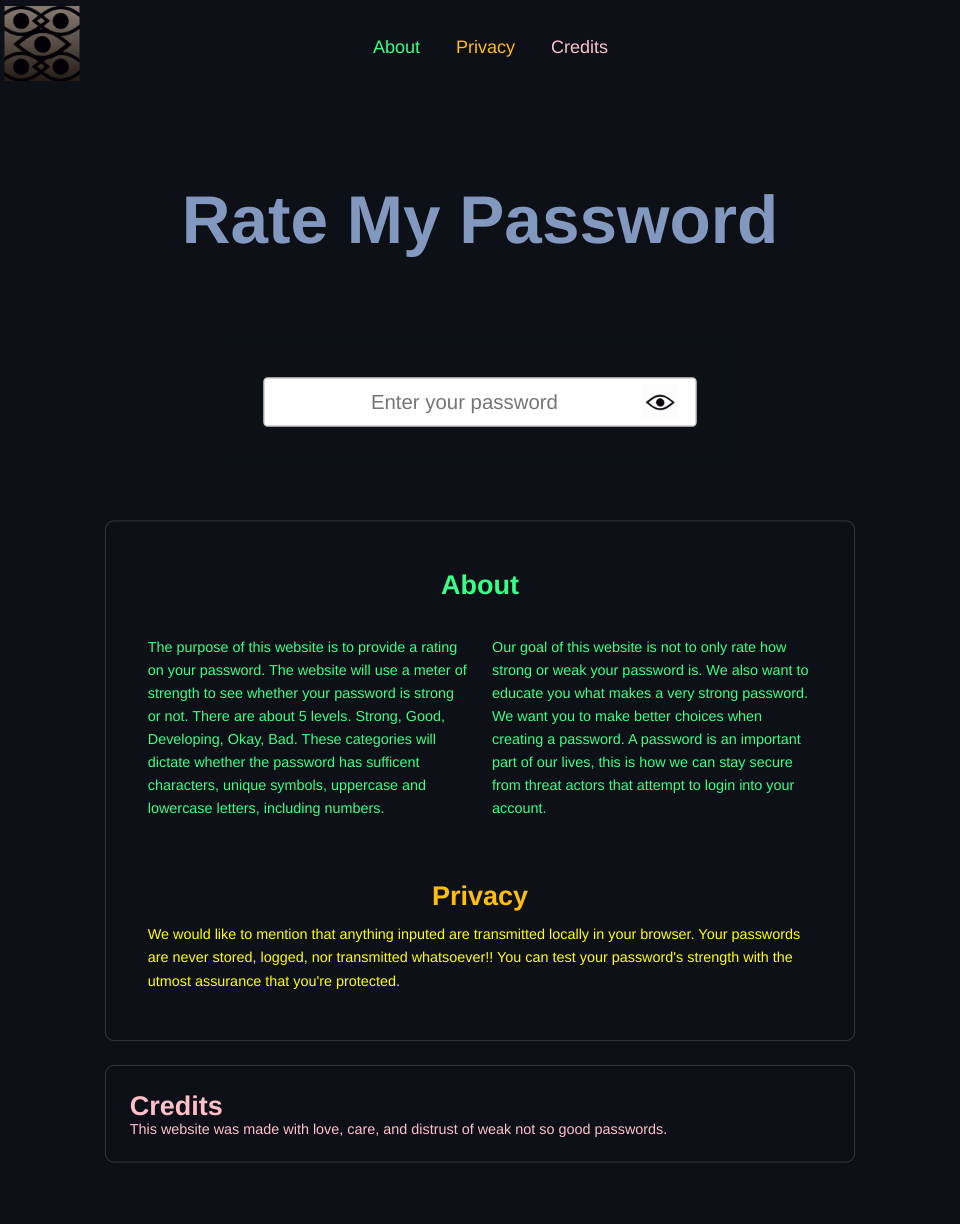
Repository: auqs/wdd131
Page: RateMyPassWord/index.html
An editor plug-in stored every save of this project. The page is shown before and after the next save, followed by the edit.
The browser window is 1280 px wide. The pictures show the whole page, at 75% of full size.
Some web fonts or font styles are not loaded; a fallback is used.

Above is the page before, as saved 2026-07-16 22:58:34.

After the next save:
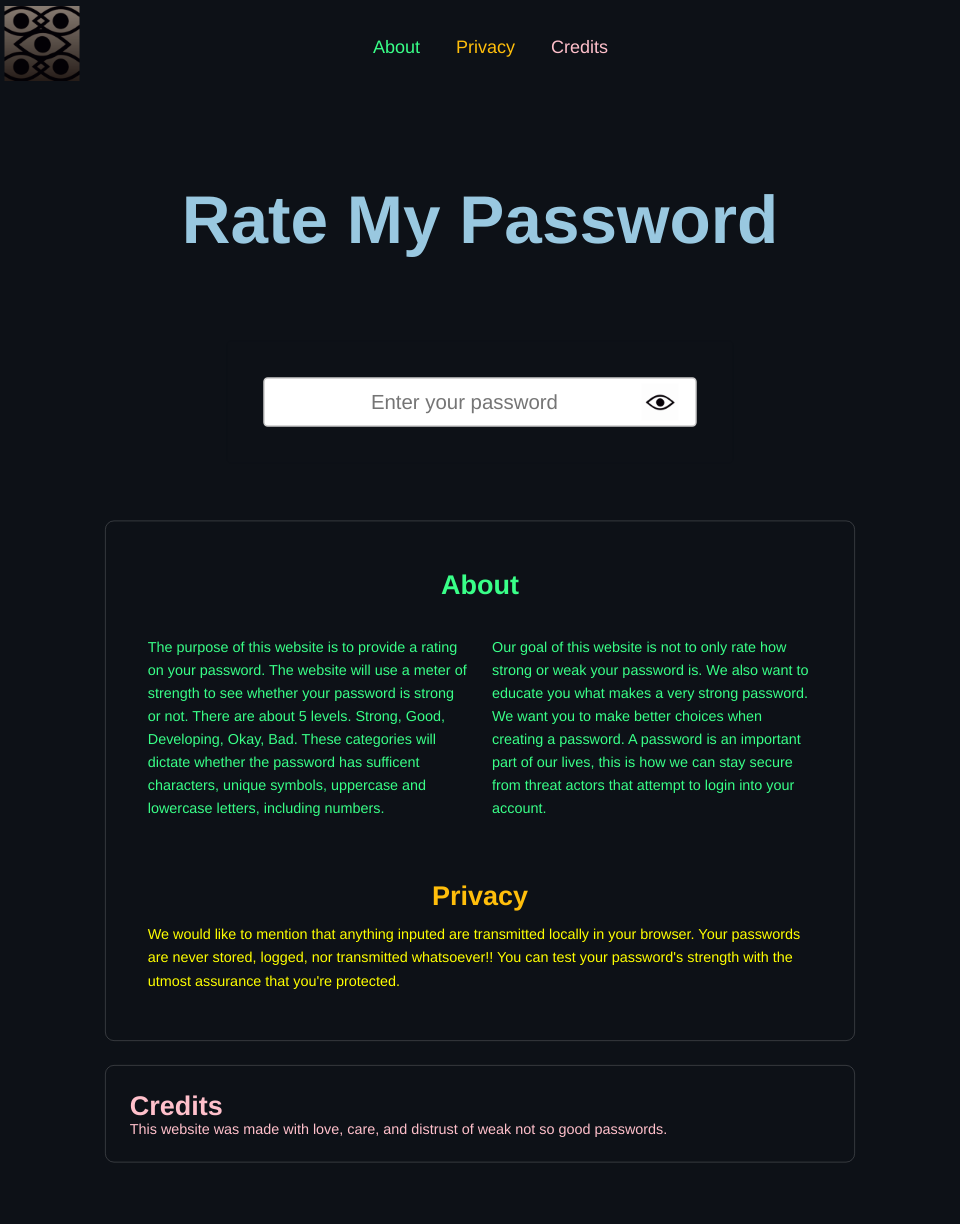
Saved 13 s later.
--- a/RateMyPassWord/styles/style.css
+++ b/RateMyPassWord/styles/style.css
@@ -425,7 +425,7 @@ header img {
 
 @keyframes colorCycle {
   0% {
-    color: palevioletred;
+    color: pink;
   }
   25% {
     color: var(--secondary-color);
